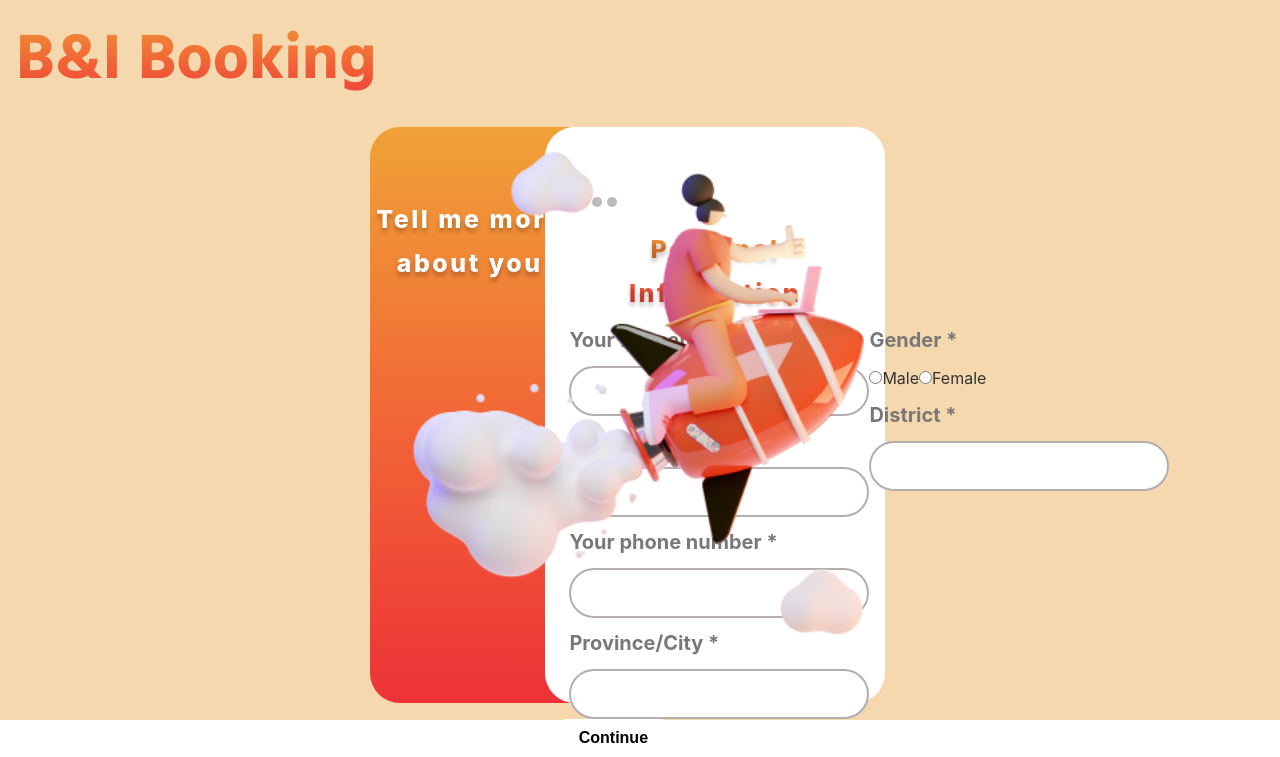
Repository: Grand-Line-PNV/FE-BIBooking
Page: /
These files come from the project's save history. The page is drawn as it stood at one moment and after a run of saves; the edit follows.
The browser window is 1280 px wide. The pictures show the whole page.
The project was rebuilt for these pictures with package versions that can differ from the ones it lists, and the page was loaded fresh each time. Also part of the build but not shown: src/App.css.

Above is the page before, as saved 2023-02-06 10:45:32.

After the next 3 saves:
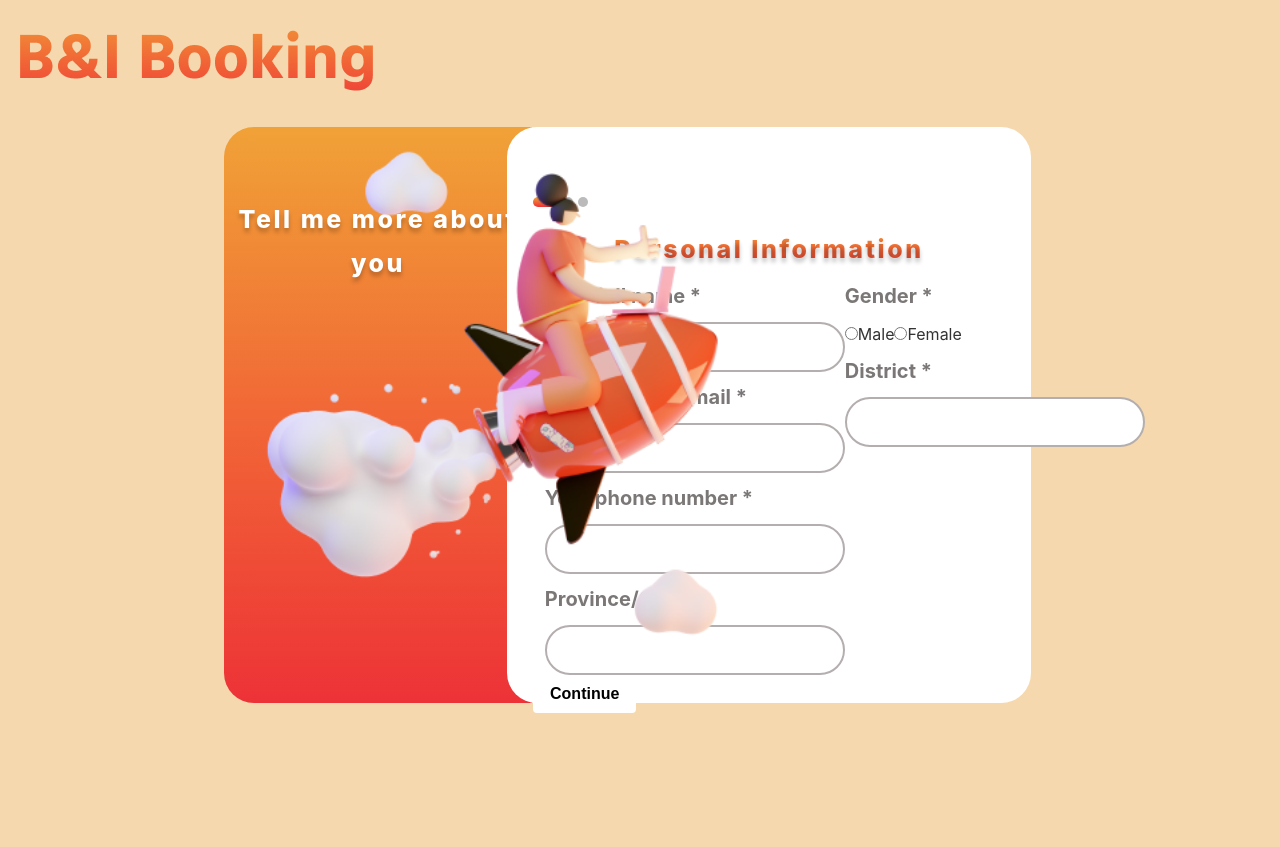
The 3 saves are shown as one change because they came seconds apart.
The last was saved 4 min 49 s later.
--- a/src/view/pages/Influencers/PersonalInformation/PersonalInformation.module.scss
+++ b/src/view/pages/Influencers/PersonalInformation/PersonalInformation.module.scss
@@ -11,19 +11,18 @@
   --Inter-font-family: "Inter", sans-serif;
 }
 .personalInfor {
-  width: 100%;
-  height: 100vh;
   background-color: var(--Wheat-color);
   font-family: var(--Inter-font-family);
   & .container {
-    width: 65%;
+    width: 100%;
+    height: 100vh;
     // height: 50vh;
     // background-color: white;
     margin: 0 auto;
     border-radius: 20px;
     & .personalInfor-container {
-        width: 65%;
-        margin: 0 auto;
+      width: 65%;
+      margin: 0 auto;
       height: 80vh;
       display: flex;
       position: relative;

After the save that followed:
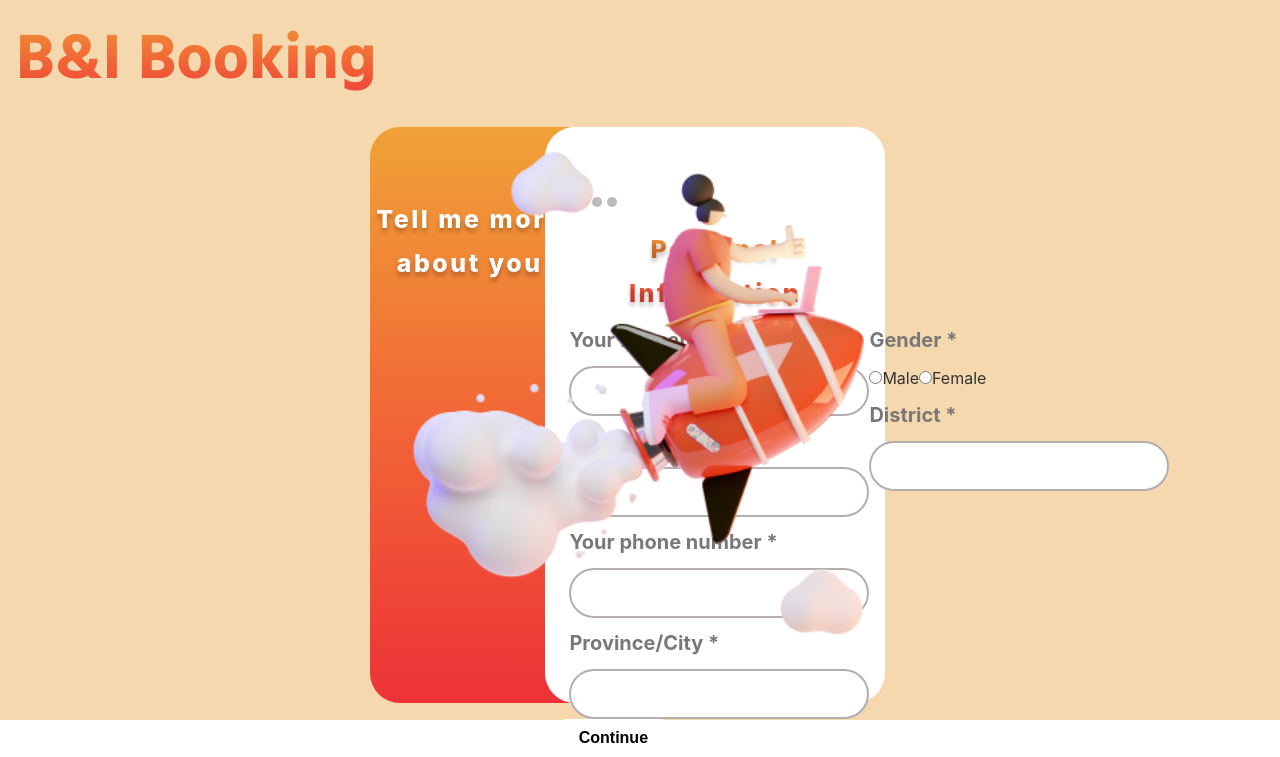
Saved 22 s later.
--- a/src/view/pages/Influencers/PersonalInformation/PersonalInformation.module.scss
+++ b/src/view/pages/Influencers/PersonalInformation/PersonalInformation.module.scss
@@ -11,18 +11,19 @@
   --Inter-font-family: "Inter", sans-serif;
 }
 .personalInfor {
+  width: 100%;
+  height: 100vh;
   background-color: var(--Wheat-color);
   font-family: var(--Inter-font-family);
   & .container {
-    width: 100%;
-    height: 100vh;
+    width: 65%;
     // height: 50vh;
     // background-color: white;
     margin: 0 auto;
     border-radius: 20px;
     & .personalInfor-container {
-      width: 65%;
-      margin: 0 auto;
+        width: 65%;
+        margin: 0 auto;
       height: 80vh;
       display: flex;
       position: relative;
